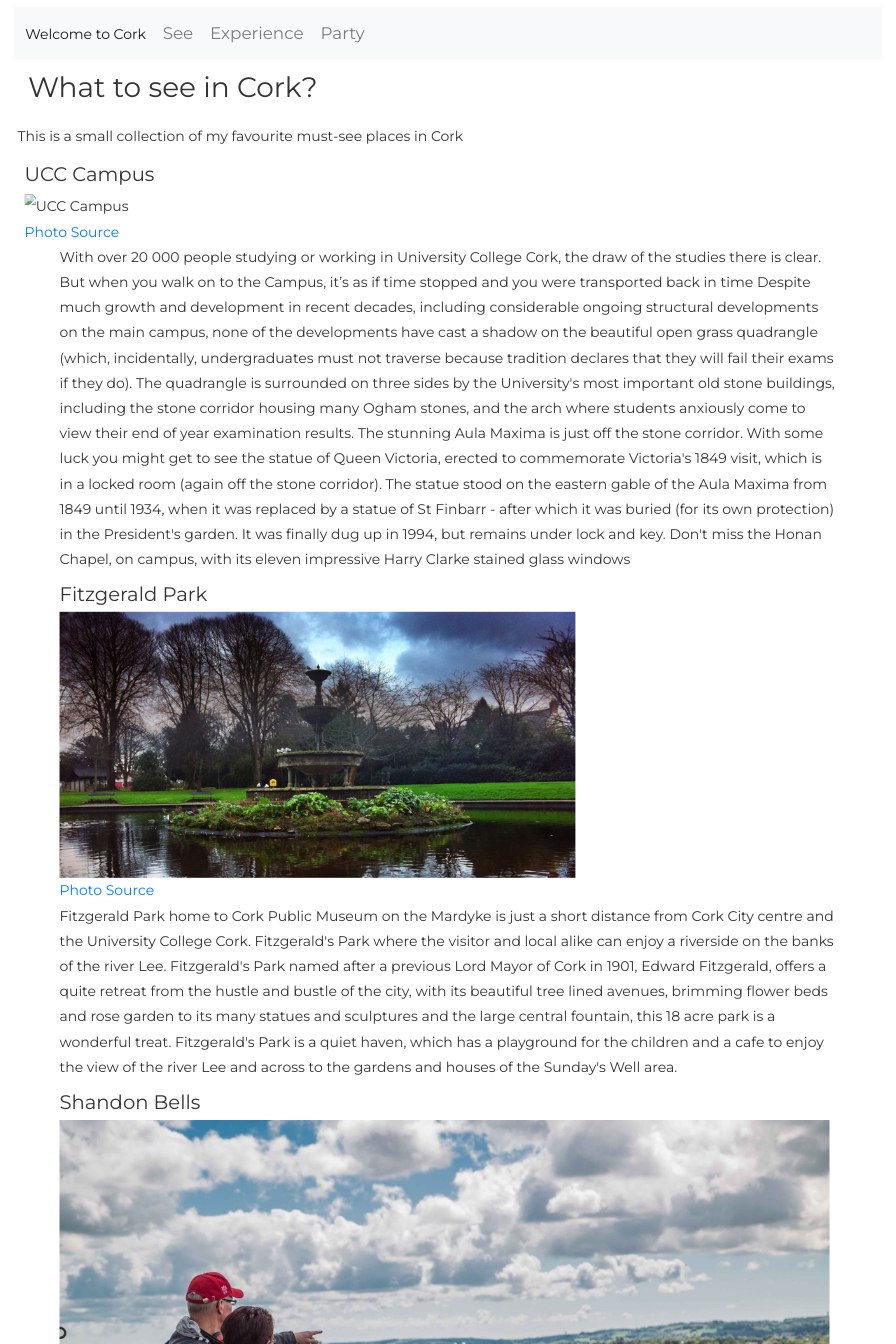
Repository: Maja-Jer/Welcome-to-Cork
Page: see.html
The author's editor kept a record of every edit. The page is drawn from the files as they stood at one moment, then again after the next edit.
The browser window is 1280 px wide. The pictures show the part of the page from y = 0 to 1920 px (the page is 3847 px tall), at 70% of full size.
Some web libraries are served in a nearby version.

Above is the page before.
Console error: TypeError: Cannot read properties of undefined (reading 'fn')

After the next edit:
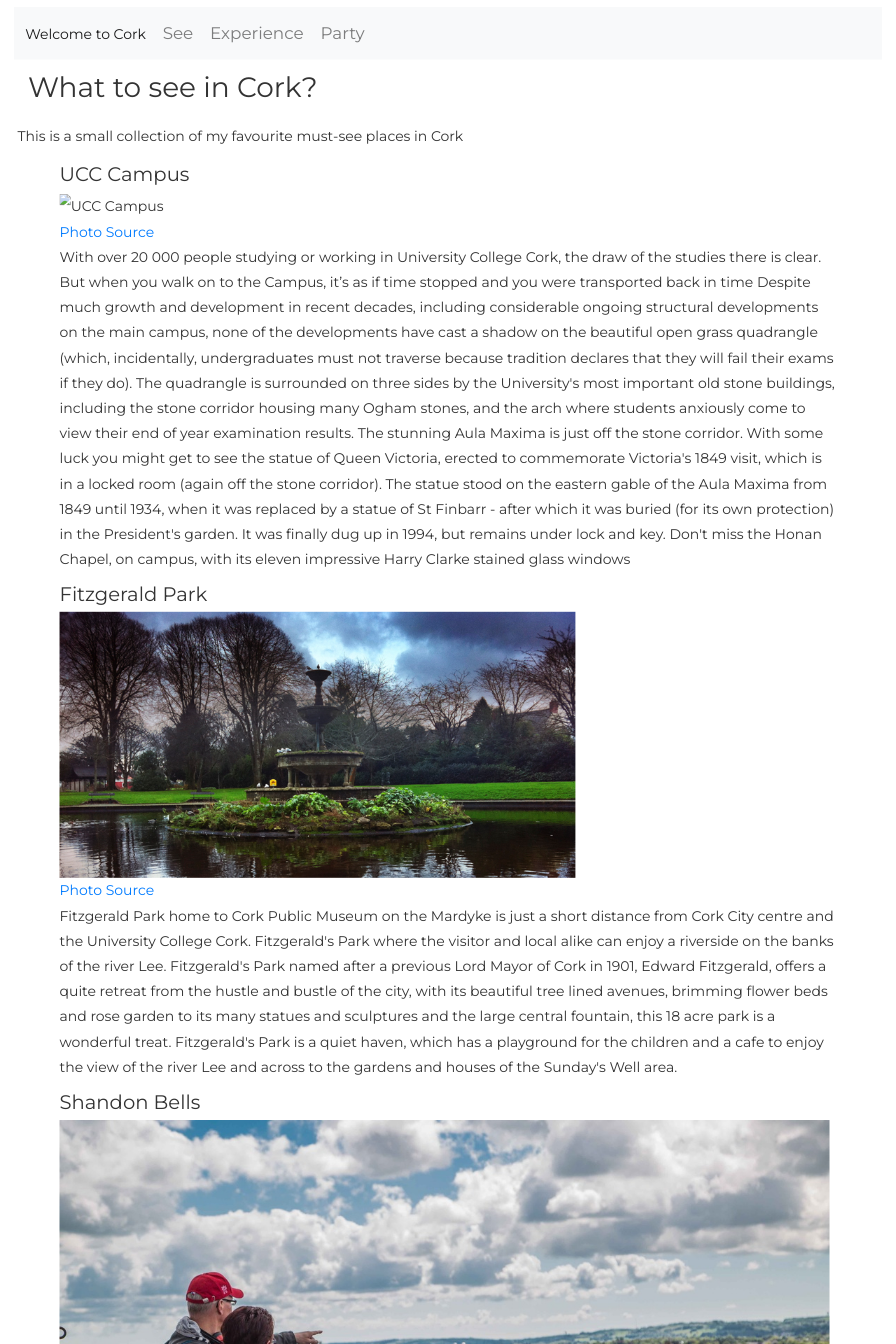
The edit:
--- a/see.html
+++ b/see.html
@@ -44,7 +44,7 @@
 
     <!--------------- Sites -------->
 
-    <div class="container-fluid all-sites>
+    <div class="container-fluid all-sites">
         <div class= "container ucc-campus">
             <div class= "row ucc-campus">
                 <div class= "col-6 ">
